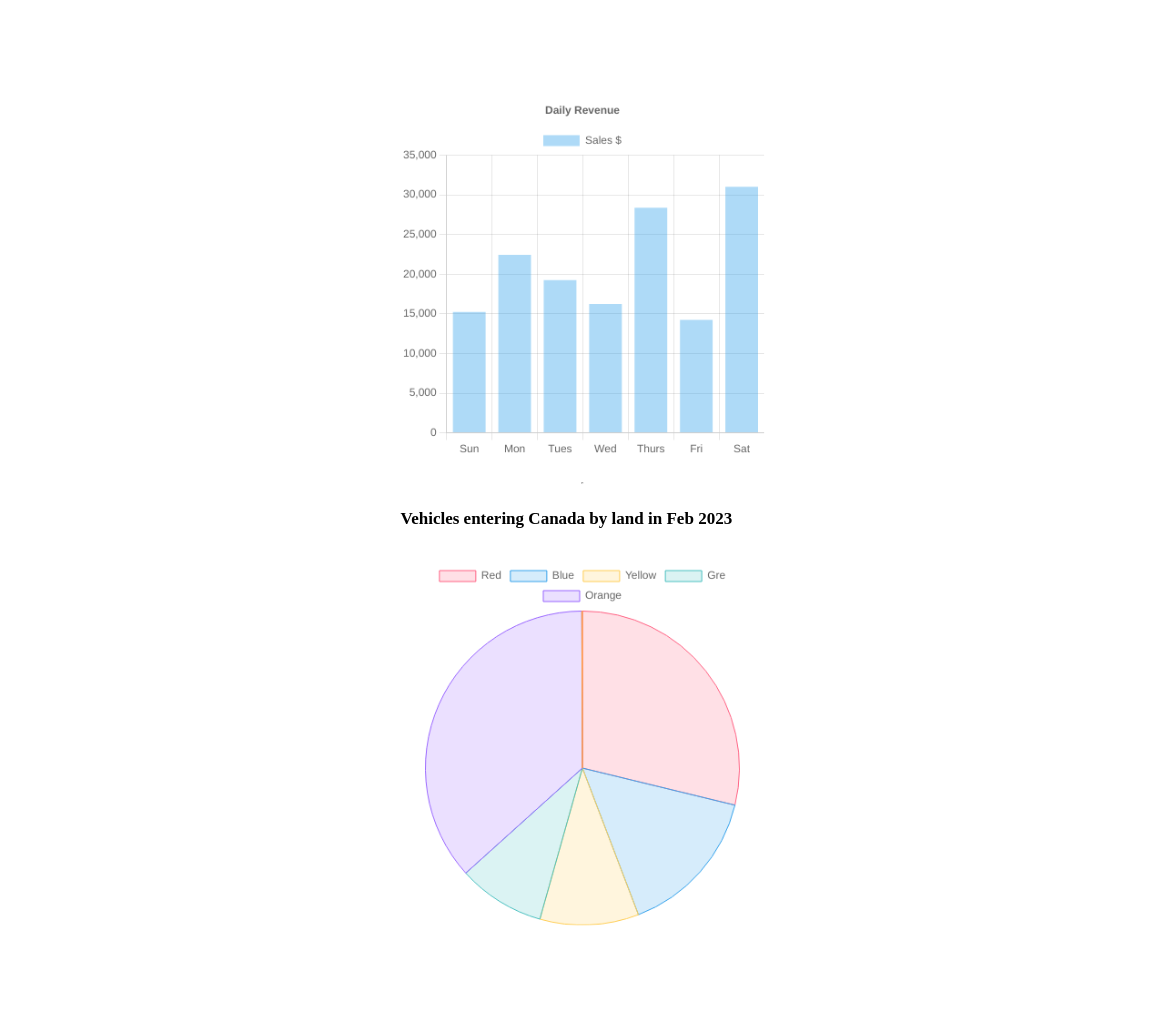
Repository: anoncoderin/dcd-charts-11week
Page: /
These files come from the project's save history. The page is drawn as it stood at one moment and after a run of saves; the edit follows.
The browser window is 1280 px wide. The pictures show the whole page, at 91% of full size.
The project was rebuilt for these pictures with package versions that can differ from the ones it lists, and the page was loaded fresh each time. The framework's server and built-in components were replaced by stand-ins that run in the browser. Also part of the build but not shown: next.config.js.

Above is the page before, as saved 2023-03-24 11:47:04.

### pages/index.js
import Head from 'next/head'
import Image from 'next/image'
import styles from '@/styles/Home.module.css'
import BarChart from '@/components/BarChart'
import PieChart from '@/components/PieChart'

export default function Home() {
  return (
    <>
      <Head>
        <title>Create Next App</title>
        <meta name="description" content="Generated by create next app" />
        <meta name="viewport" content="width=device-width, initial-scale=1" />
        <link rel="icon" href="/favicon.ico" />
      </Head>
      <main className={styles.main}>
        <BarChart/>
        <br></br>
        <hr></hr>
      <div>
        <h3>Vehicles entering Canada by land in Feb 2023</h3>
        <br></br>
        <PieChart/>
        </div>
      </main>
    </>
  )
}

### components/BarChart/index.js
import { useState, useEffect } from "react"
import styles from './BarChart.module.css'

import { Bar } from 'react-chartjs-2';
import {
    Chart as ChartJS,
    CategoryScale,
    LinearScale,
    BarElement,
    Title,
    Tooltip,
    Legend
} from 'chart.js'

ChartJS.register(
    CategoryScale,
    LinearScale,
    BarElement,
    Title,
    Tooltip,
    Legend
)

export default function BarChart() {

    const [chartData, setChartData] = useState({
        datasets: []
    })

    const [chartOptions, setChartOptions] = useState({})

    useEffect(() => {
        setChartData({
            labels: ['Sun', 'Mon', 'Tues', 'Wed', 'Thurs', 'Fri', 'Sat'],
            datasets: [
                {
                    label: 'Sales $',
                    data: [15234, 22432, 19245, 16243, 28356, 14235, 31000],
                    borderColor: 'rgb(53, 162, 235)',
                    backgroundColor: 'rgb(53, 162, 235, 0.4)'
                }
            ]
        })

        setChartOptions({
            plugins: {
                legend: {
                    position: 'top'
                },
                title: {
                    display: true,
                    text: "Daily Revenue"
                }
            },
            maintainAspectRatio: false,
            responsive: true
        })
    }, [])

    return(
        <>
            <div className={styles.container}>
                <Bar data={chartData} options={chartOptions}/>
            </div>
        </>
    )
}

### components/PieChart/index.js
import { useState, useEffect } from "react";
import styles from "./PieChart.module.css";

import { Pie } from "react-chartjs-2";
import {
    Chart as ChartJS,
    ArcElement,
    Tooltip,
    Legend }
    from "chart.js";

ChartJS.register(ArcElement,
    Tooltip,
    Legend)


export default function PieChart() {
const data = {
  labels: ["Red", "Blue", "Yellow", "Gre", "Orange"],
  datasets: [
    {
      label: "# of Votes",
      data: [1324, 708, 468, 412, 1683, 3],
      backgroundColor: [
        "rgba(255, 99, 132, 0.2)",
        "rgba(54, 162, 235, 0.2)",
        "rgba(255, 206, 86, 0.2)",
        "rgba(75, 192, 192, 0.2)",
        "rgba(153, 102, 255, 0.2)",
        "rgba(255, 159, 64, 0.2)",
      ],
      borderColor: [
        "rgba(255, 99, 132, 1)",
        "rgba(54, 162, 235, 1)",
        "rgba(255, 206, 86, 1)",
        "rgba(75, 192, 192, 1)",
        "rgba(153, 102, 255, 1)",
        "rgba(255, 159, 64, 1)",
      ],
      borderWidth: 1,
    },
  ],
};


return(
    <>
        <div className={styles.container}>
            <Pie data= {data}/>
        </div>
    </>
)
}

### components/BarChart/BarChart.module.css
.container {
    width: 400px;
    height: 400px;
}

### components/PieChart/PieChart.module.css
.container {
    width: 400px;
    height: 400px;
}

Loaded but not shown: pages/_app.js (common file); pages/_document.js (common file); styles/Home.module.css (common file); styles/globals.css (no stored copy; drawn as an empty file)

After the next 3 saves:
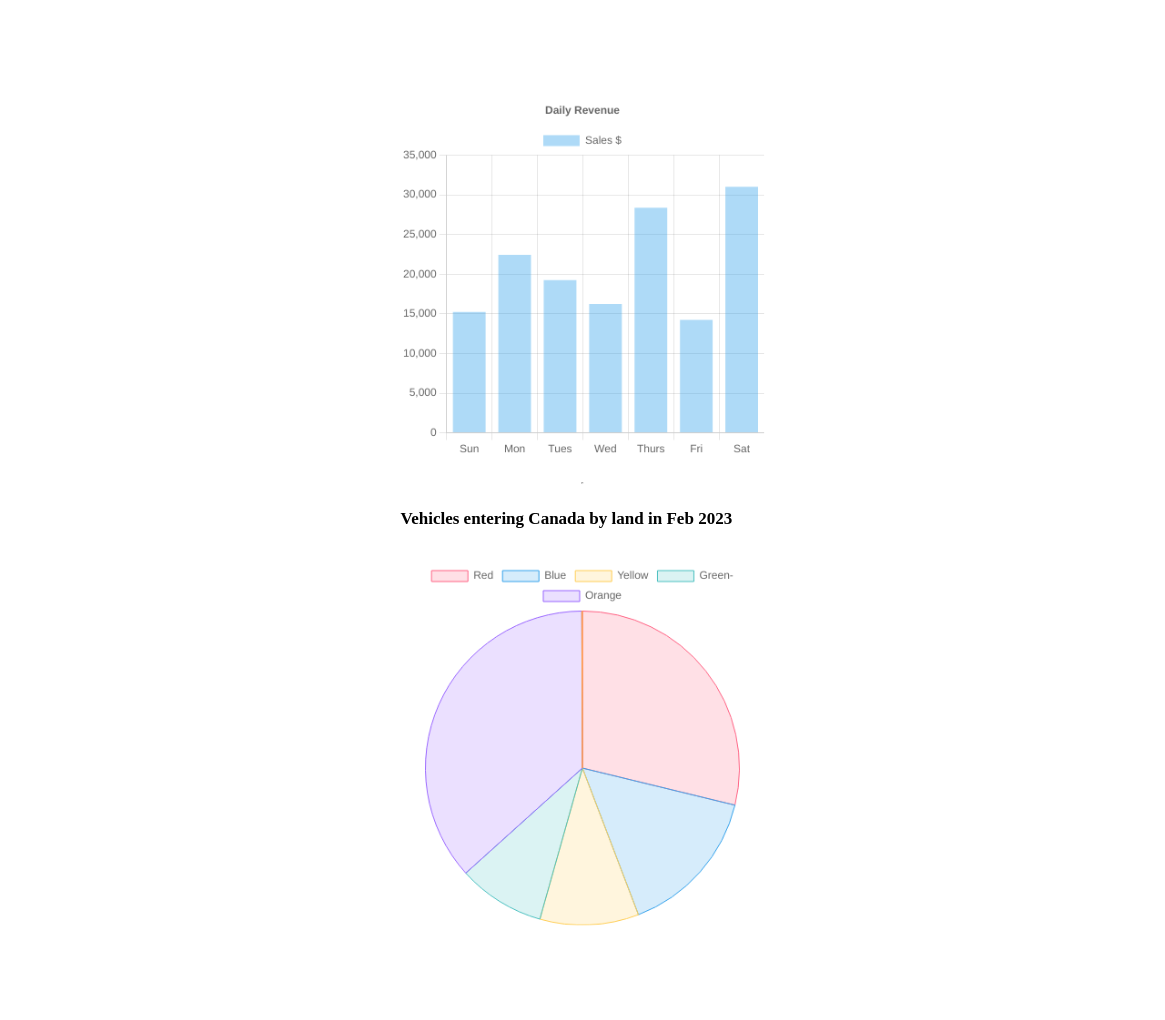
The 3 saves are shown as one change because they came seconds apart.
The last was saved 18 s later.
--- a/components/PieChart/index.js
+++ b/components/PieChart/index.js
@@ -16,7 +16,7 @@ ChartJS.register(ArcElement,
 
 export default function PieChart() {
 const data = {
-  labels: ["Red", "Blue", "Yellow", "Gre", "Orange"],
+  labels: ["Red", "Blue", "Yellow", "Green-", "Orange"],
   datasets: [
     {
       label: "# of Votes",
